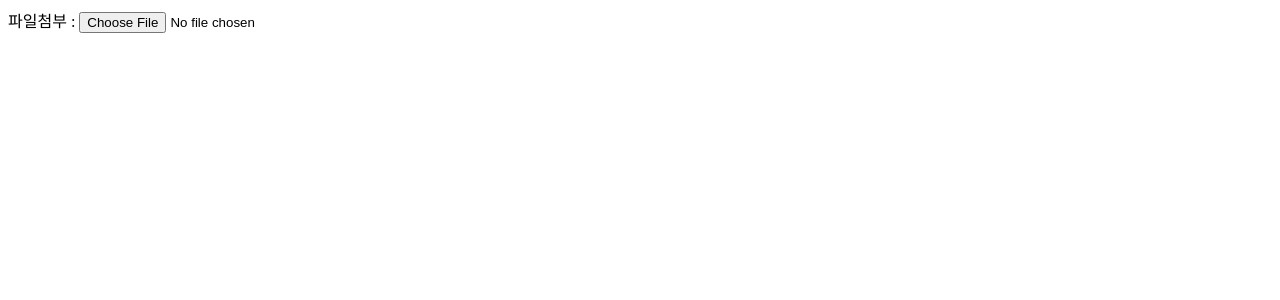
Repository: kimkeng/BackendClass
Page: web/src/main/webapp/file1.html
These files come from the project's save history. The page is drawn as it stood at one moment and after the next save; the edit follows.
The browser window is 1280 px wide. The pictures show the whole page.

Above is the page before, as saved 2023-08-16 09:09:12.

After the next save:
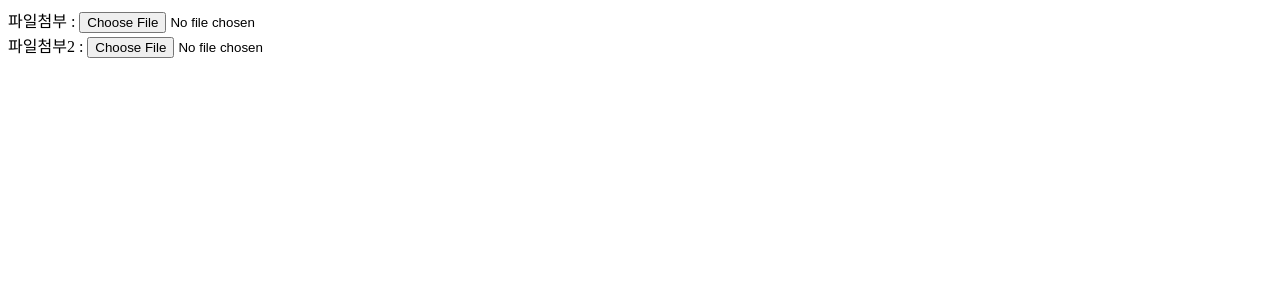
Saved 26 s later.
--- a/web/src/main/webapp/file1.html
+++ b/web/src/main/webapp/file1.html
@@ -5,6 +5,7 @@
 <title>파일업로드</title>
 </head>
 <body>
-파일첨부 : <input type="file">
+파일첨부 : <input type="file"> <br>
+파일첨부2 : <input type="file"> <br>
 </body>
 </html>
